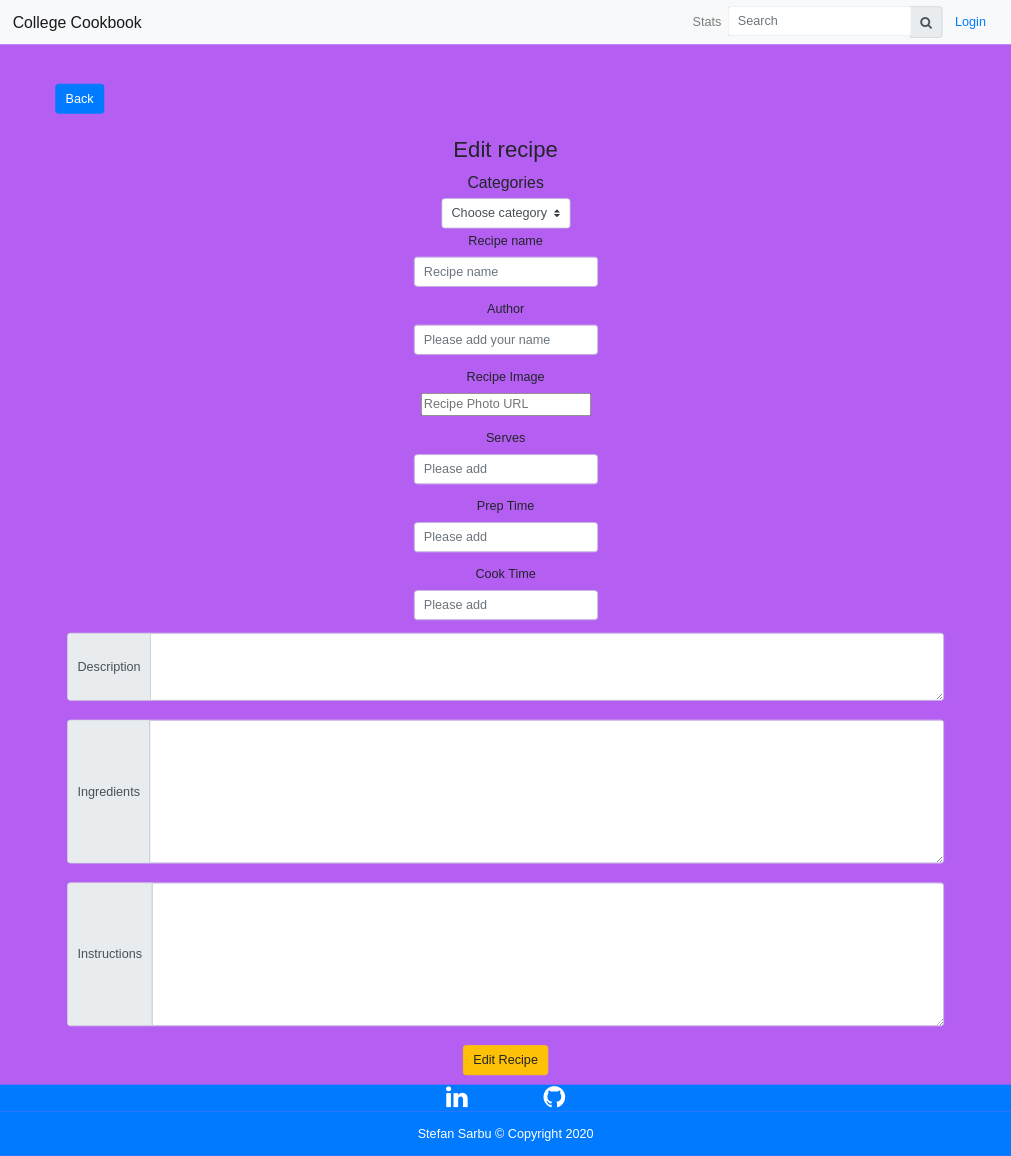
Repository: iiostefanos/college-cookbook
Page: templates/edit_recipe.html
The author's editor kept a record of every edit. The page is drawn from the files as they stood at one moment, then again after the next edit.
The browser window is 1280 px wide. The pictures show the whole page, at 79% of full size.
The page is served by the project's application, run on Flask 3 (app.py). The template is opened directly, without the code that normally fills it, so the values that code supplies are empty.

Above is the page before.

### templates/edit_recipe.html
{% extends 'base.html' %} {% block content %}

<div class="container h-100">
 <div class="row d-flex h-100">
    <div class="align-self-start mr-auto">
 <a class="btn btn-primary" href="{{url_for('get_recipes')}}">Back</a>
    </div>
  </div>
</div>

<main class="container">
<h3 class="text-center">Edit recipe</h3>




<div class="row">
    <form action="/update_recipe/{{recipe._id}}" method="POST" class="col-md-12">

        <!--Category selection-->
        <div class="row justify-content-md-center">
            <div class="form-row align-items-center">
                <div class="col-auto my-1">

                    <h5 class="text-center">Categories</h5>
                    <select id="category" name="category_name" class="custom-select">
                        <option value="" disable selected>Choose category</option>
                        {% for cat in categories %}
                        {% if cat.category_name == recipe.category_name %}
                        <option value="{{cat.category_name}}" selected>{{cat.category_name}}</option>
                        {% else %}
                        <option value="{{cat.category_name}}">{{cat.category_name}}</option>

                        {% endif %}
                        {% endfor %}
                    </select>
                </div>
            </div>
        </div>

        <!--Recipe name field-->
        <div class="container-fluid text-center mx-auto">
            <div class="row justify-content-md-center">
                <div class="form-group">
                    <label for="formGroupExampleInput">Recipe name</label>
                    <input type="text" class="form-control" value="{{recipe.recipe_name}}" id="recipe_name" name="recipe_name" placeholder="Recipe name">
                </div>
            </div>
        </div>

        <!--Author field-->
        <div class="container-fluid text-center mx-auto">
            <div class="row justify-content-md-center">
                <div class="form-group">
                    <label for="formGroupExampleInput2">Author</label>
                    <input type="text" class="form-control" value="{{recipe.Author}}" id="Author" name="Author" placeholder="Please add your name">
                </div>
            </div>
        </div>



        <!--Image field-->
        <div class="container-fluid text-center mx-auto">
            <div class="row justify-content-md-center">
                <div class="form-group">
                    <label for="formGroupExampleInput">Recipe Image</label>
                    <div class="imgurl">
                        <input id="img_src" name="recipe_image" type="text" minlength="15" placeholder="Recipe Photo URL" pattern="https?://.+" autocomplete="off">
                    </div>
                </div>
            </div>
        </div>


        <!-- Serves, Prep time and cook time fields-->
        <div class="container-fluid text-center mx-auto">
            <div class="row justify-content-md-center">
                <div class="form-group">
                    <label for="formGroupExampleInput2">Serves</label>
                    <div>
                    <input type="text" class="form-control" value="{{recipe.Serves}}" id="Serves" name="Serves" placeholder="Please add">
                </div>
            </div>
        </div>
        </div>

        <div class="container-fluid text-center mx-auto">
            <div class="row justify-content-md-center">
                <div class="form-group">
                    <label for="formGroupExampleInput2">Prep Time</label>
                    <input type="text" class="form-control" value="{{recipe.Prep_Time}}" id="Prep_Time" name="Prep_Time" placeholder="Please add">
                </div>
            </div>
        </div>

        <div class="container-fluid text-center mx-auto">
            <div class="row justify-content-md-center">
                <div class="form-group">
                    <label for="formGroupExampleInput2">Cook Time</label>
                    <input type="text" class="form-control" value="{{recipe.Cook_Time}}" id="Cook_Time" name="Cook_Time" placeholder="Please add">
                </div>
            </div>
        </div>


         <!--Recipe description container-->
            <div class="container-fluid text-center mx-auto">
                <div class="row">
                    <div class="input-group">
                        <div class="input-group-prepend">
                            <span class="input-group-text">Description</span>
                        </div>
                        <textarea class="form-control" aria-label="Recipe description" name="recipe_description" rows="3" cols="30">{{recipe.recipe_description}}</textarea>
                    </div>
                </div>
            </div>

        <!--Ingredients container-->
        <div class="container-fluid text-center mx-auto">
            <div class="row justify-content-md-center mt-4">
                <div class="input-group">
                    <div class="input-group-prepend">
                        <span class="input-group-text">Ingredients</span>
                    </div>
                    <textarea class="form-control" aria-label="Ingredients" name="Ingredients" rows="7" cols="30">{{recipe.Ingredients}}</textarea>
                </div>
            </div>
        </div>


        <!--Instructions container-->
        <div class="container-fluid text-center mx-auto">
            <div class="row justify-content-md-center mt-4">
                <div class="input-group">
                    <div class="input-group-prepend">
                        <span class="input-group-text">Instructions</span>
                    </div>
                    <textarea class="form-control" aria-label="Instructions" name="Instructions" rows="7" cols="30">{{recipe.Instructions}}</textarea>
                </div>
            </div>
        </div>


        <!--Submit button-->
        <div class="container-fluid text-center mx-auto">
            <div class="row justify-content-md-center mt-4">
                <div class="col-md-6">
                    <button type="submit" class="btn btn-warning">Edit Recipe</button>
                </div>
            </div>
        </div>
    </form>

</main>

    {% endblock %}

### templates/base.html
<!DOCTYPE html>
<html>
    <head>

        <!-- Bootstrap CSS -->
        <link rel="stylesheet" href="https://stackpath.bootstrapcdn.com/bootstrap/4.4.1/css/bootstrap.min.css" integrity="sha384-Vkoo8x4CGsO3+Hhxv8T/Q5PaXtkKtu6ug5TOeNV6gBiFeWPGFN9MuhOf23Q9Ifjh" crossorigin="anonymous">

        <!-- Custom CSS -->
        <link rel="stylesheet" href="{{url_for('static', filename='css/style.css')}}" type="text/css"/>
        <!-- Font awesome -->
        <link href="https://stackpath.bootstrapcdn.com/font-awesome/4.7.0/css/font-awesome.min.css" rel="stylesheet" integrity="sha384-wvfXpqpZZVQGK6TAh5PVlGOfQNHSoD2xbE+QkPxCAFlNEevoEH3Sl0sibVcOQVnN" crossorigin="anonymous">
        <link rel="shortcut icon" type="image/png" href="{{url_for('static', filename='img/favicon.png')}}" />
    </head>
    <body>

        <header>
            <nav class="navbar navbar-expand-lg navbar-light bg-light">
  <a class="navbar-brand" href="{{url_for('get_recipes')}}">College Cookbook</a>
  <button class="navbar-toggler" type="button" data-toggle="collapse" data-target="#navbarNavAltMarkup" aria-controls="navbarNavAltMarkup" aria-expanded="false" aria-label="Toggle navigation">
    <span class="navbar-toggler-icon"></span>
  </button>
  <div class="collapse navbar-collapse" id="navbarNavAltMarkup">
    <div class="navbar-nav ml-auto">

      <a class="nav-item nav-link" href="{{url_for('stats')}}">Stats</a>
      <div class="input-group">
      <input class="form-control py-2 border-right-0 border" type="search" placeholder="Search">
      <div class="input-group-append">
          <div class="input-group-text" id="btnGroupAddon2"><i class="fa fa-search"></i></div>
      </div>
  </div>
  </div>

      {% if user is defined %}
      {% block navbar %}

{% endblock %}

        <ul class="navbar-nav navbar-center">
               <a class="nav-link" href="{{ url_for('add_recipe') }}">Add a Recipe</a>
               <a class="nav-link" href="{{ url_for('logout') }}">Log Out</a>



        {% else %}

      <a class="nav-item nav-link" data-toggle="modal" data-target="#login" href="{{url_for('get_recipes')}}">Login</a>
      {% endif %}
      </ul>
    </div>
  </div>
</nav>

<br>
</header>



        {% block content %}
        {% endblock %}





<!-- Login Modal -->
<div class="modal fade" id="login" tabindex="-1" role="dialog" aria-labelledby="ModalLabel" aria-hidden="true">
  <div class="modal-dialog" role="document">
    <div class="modal-content">
      <div class="modal-header">
        <h5 class="modal-title" id="ModalLabel">Login to your account</h5>
        <button type="button" class="close" data-dismiss="modal" aria-label="Close">
          <span aria-hidden="true">&times;</span>
        </button>
      </div>
      <div class="modal-body">
        <form role="form" method=POST action="{{ url_for('login') }}">
                      <div class="form-group">
                        <label for="user"><i class="fa fa-user" aria-hidden="true"></i>
Username</label>
                          <input type="user" class="form-control" placeholder="Username" name="username" required value="{{
          request.form.username }}">
                      </div>
                      <div class="form-group">
                        <label for="password"><i class="fa fa-pencil-square-o" aria-hidden="true"></i>
Password</label>
                          <input type="password" class="form-control" placeholder="Password" name="password" required>
                      </div>

                  <br>
            <div>
                Don't have an account? <a data-toggle="modal" data-target="#register" data-dismiss="modal" href=''>Sign up here</a>
            </div>
      </div>
      <div class="modal-footer">
        <button type="button" class="btn btn-secondary" data-dismiss="modal">Close</button>
        <button type="submit" class="btn btn-primary"><i class="fa fa-sign-in" aria-hidden="true"></i>
Login </button>
      </form>
      </div>
    </div>
  </div>
</div>

          <!-- Signup Modal -->
<div class="modal fade" id="register" tabindex="-1" role="dialog" aria-labelledby="ModalLabel" aria-hidden="true">
  <div class="modal-dialog" role="document">
    <div class="modal-content">
      <div class="modal-header">
        <h5 class="modal-title" id="ModalLabel">Signup</h5>
        <button type="button" class="close" data-dismiss="modal" aria-label="Close">
          <span aria-hidden="true">&times;</span>
        </button>
      </div>
      <div class="modal-body">
         <form role="form" method=POST action="{{ url_for('register') }}">
                      <div class="form-group">
                        <label for="user"><i class="fa fa-user" aria-hidden="true"></i>
Username</label>
                          <input type="user" class="form-control" placeholder="Username" name="username" required>
                      </div>
                      <div class="form-group">
                        <label for="password"><i class="fa fa-pencil-square-o" aria-hidden="true"></i>
 Password</label>
                          <input type="password" class="form-control" placeholder="Password" name="password" required>
                      </div>
                      <div class="form-group">
                        <label for="password"><i class="fa fa-pencil-square-o" aria-hidden="true"></i>
Re-type Password</label>
                          <input type="password" class="form-control" placeholder="Re-type Password" name="password1" required>
                      </div>

      </div>
      <div class="modal-footer">
        <button type="button" class="btn btn-secondary" data-dismiss="modal">Close</button>
        <button type="submit" class="btn btn-primary"><i class="fa fa-user-plus" aria-hidden="true"></i>

Signup </button>
       </form>
      </div>
    </div>
  </div>
</div>


<!-- Footer -->
<footer >
<div class="container-fluid">
        <div class="row bg-primary mt-2">
          <div class="col-md-12">
            <div class="d-flex justify-content-center align-items-center">

              <!--Linkedin -->
          <a target="_blank" href="https://www.linkedin.com/">
            <span class="p-5 text-white"><i class="fa fa-linkedin fa-2x" aria-hidden="true"></i></a>
          </span>


          <!--Github-->
          <a target="_blank" href="https://www.github.com/">
            <span class="p-5 text-white"><i class="fa fa-github fa-2x"> </i>
          </a>
          </span>
            </div>
          </div>
        </div>
      </div>


    <div class="container-fluid">
        <div class="row bg-primary">
          <div class="col-md-12">
            <div class="d-flex justify-content-center align-items-center">

              <span class="p-3 text-white"
                >Stefan Sarbu &copy; Copyright 2020</span
              >
            </div>
          </div>
        </div>
      </div>
</footer>
<!-- Footer -->



        <script src="https://code.jquery.com/jquery-3.4.1.slim.min.js" integrity="sha384-J6qa4849blE2+poT4WnyKhv5vZF5SrPo0iEjwBvKU7imGFAV0wwj1yYfoRSJoZ+n" crossorigin="anonymous"></script>
        <script src="https://cdn.jsdelivr.net/npm/popper.js@1.16.0/dist/umd/popper.min.js" integrity="sha384-Q6E9RHvbIyZFJoft+2mJbHaEWldlvI9IOYy5n3zV9zzTtmI3UksdQRVvoxMfooAo" crossorigin="anonymous"></script>
        <script src="https://stackpath.bootstrapcdn.com/bootstrap/4.4.1/js/bootstrap.min.js" integrity="sha384-wfSDF2E50Y2D1uUdj0O3uMBJnjuUD4Ih7YwaYd1iqfktj0Uod8GCExl3Og8ifwB6" crossorigin="anonymous"></script>
        <script src="../static/js/script.js"type="text/javascript"></script>







    </body>
</html>

### app.py
import os
from flask import Flask, render_template, redirect, request, url_for, session, flash
from flask_pymongo import PyMongo
from werkzeug.security import generate_password_hash, check_password_hash
from bson.objectid import ObjectId
from os import path

if path.exists("env.py"):
    import env

app = Flask(__name__)

app.config["MONGO_DBNAME"] = 'college_cookbook'
app.config["MONGO_URI"] = os.environ["MONGO_URI"]
app.config['SECRET_KEY'] = os.urandom(24)
mongo = PyMongo(app)

# Collections

users_collection = mongo.db.users
recipes_collection = mongo.db.recipes

# Login
@app.route('/login', methods=['GET', 'POST'])
def login():
	form = request.form.to_dict()
	user_in_db = users_collection.find_one({'username': form['username']})
	# Check for user in database
	if user_in_db:
		# If passwords match (hashed / real password)
		if check_password_hash(user_in_db['password'], form['password']):
			# Log user in (add to session)
			session['user'] = form['username']
			# If the user is admin redirect him to admin area
			if session['user'] == "user":
				return redirect(url_for('get_recipes'))
			else:
				flash("Logged in successful!")
				return redirect(url_for('get_recipes', user=user_in_db['username']))

		else:
			flash("Wrong password or username!")
			flash("Try login again")
			return redirect(url_for('get_recipes'))
	else:
		flash("You need to signup !")
		return redirect(url_for('get_recipes'))



# Sign up
@app.route('/register', methods=['GET', 'POST'])
def register():
	# Check if user is not logged in already
	if 'user' in session:
		flash('Already sign in!')
		return redirect(url_for('get_recipes'))
	if request.method == 'POST':
		form = request.form.to_dict()
		# Check if the password and password1 actually match
		if form['password'] == form['password1']:
			# If so try to find the user in db
			user = users_collection.find_one({"username" : form['username']})
			print(form)
			if user:
				flash(f"{form['username']} already exists!")
				return redirect(url_for('get_recipes'))
			# If user does not exist register new user
			else:
				# Hash password
				hash_pass = generate_password_hash(form['password'])
				#Create new user with hashed password
				users_collection.insert_one(
					{
						'username': form['username'],
						'password': hash_pass
					}
				)
				# Check if user is actually saved
				user_in_db = users_collection.find_one({"username": form['username']})
				if user_in_db:
					# Log user in (add to session)
					session['user'] = user_in_db['username']
					return redirect(url_for('get_recipes', user=user_in_db['username']))
				else:
					flash("There was a problem saving your profile")
					return redirect(url_for('get_recipes'))

		else:
			flash("Passwords don't match!")
			return redirect(url_for('get_recipes'))

	return render_template("recipes")

# Log out
@app.route('/logout')
def logout():
	# Clear the session
	session.clear()
	flash('You were logged out!')
	return redirect(url_for('get_recipes'))

@app.route('/')
@app.route('/get_recipes')
def get_recipes():
    if 'user' in session:
      return render_template("recipes.html", recipes=mongo.db.recipes.find(), user = session['user'])
    else:
      return render_template("recipes.html", recipes=mongo.db.recipes.find())



@app.route('/stats')
def stats():
    return render_template("stats.html",
    recipes=mongo.db.recipes.find())


@app.route('/add_recipe')
def add_recipe():
    if 'user' in session:
        categories=mongo.db.categories.find()
        flash('Recipe added')
        return render_template('add_recipe.html', categories = categories)
    else:
        return render_template("recipes.html", recipes=mongo.db.recipes.find())

@app.route ('/insert_recipe', methods=['POST'])
def insert_recipe():
    recipes=mongo.db.recipes
    recipes.insert_one(request.form.to_dict())
    return redirect(url_for('get_recipes'))

@app.route('/edit_recipe/<recipe_id>', methods=['POST'])
def edit_recipe(recipe_id):
    if 'user' in session:
        the_recipe = mongo.db.recipes.find_one({"_id": ObjectId(recipe_id)})
        all_categories = mongo.db.categories.find()
        return render_template('edit_recipe.html', recipe=the_recipe, categories=all_categories)
    else:
        return render_template("recipes.html", recipes=mongo.db.recipes.find())

@app.route('/update_recipe/<recipe_id>', methods=['POST'])
def update_recipe(recipe_id):
    recipes=mongo.db.recipes
    recipes.update_one({'_id': ObjectId(recipe_id)},
    { "$set":
       {
        "category_name":request.form.get('category_name'),
        "recipe_name":request.form.get('recipe_name'),
        "recipe_image":request.form.get('recipe_image'),
        "Serves":request.form.get('Serves'),
        "Prep_Time":request.form.get('Prep_Time'),
        "Cook_Time":request.form.get('Cook_Time'),
        "recipe_description":request.form.get('recipe_description'),
        "Author":request.form.get('Author'),
        "Ingredients":request.form.get('Ingredients'),
        "Instructions":request.form.get('Instructions')
        }
     }
    )
    return redirect(url_for('get_recipes'))



@app.route('/delete_recipe/<recipe_id>', methods=['POST'])
def delete_recipe(recipe_id):
    if 'user' in session:
        mongo.db.recipes.remove({'_id': ObjectId(recipe_id)})
        flash('Recipe deleted')
    return redirect(url_for('get_recipes'))

@app.route('/how_to/<recipe_id>')
def how_to(recipe_id):

        the_recipe = mongo.db.recipes.find_one({"_id": ObjectId(recipe_id)})
        all_categories = mongo.db.categories.find()
        return render_template('how_to.html', recipe=the_recipe, categories=all_categories)


if __name__ == '__main__':
    app.run(host=os.environ.get('IP'),
            port=int(os.environ.get('PORT')),
            debug=True)

### static/css/style.css
body {
    background-color: #b45ef2;
    background-repeat: repeat-x;
    font-family: Arial, Helvetica, sans-serif;

    }

.btn-small
{
    height: 24px;
    width: 60px;
    line-height: 24px;
    margin: 5px 5px;
    padding: 0 0.5em;
}

.recipe-header {
    margin-top: 5px;
}

.signup {
  text-align:center;
  margin-top: 4px;
}

.videoframe {
  width:560px;
  height:315px;
  padding-right: 34px;
}

.card {
  padding-right: 3px;
  margin: 0 5px;
}

.card-img-top {
height: 300px;
width: 350px;
}

.invite{
  padding-top: 24px;
}

.charts img {


    width:  400px;
    height: 300px;
    background-size: cover;
}


.container {
  margin-top: 2%;
  padding-bottom: 4px;
}
.inner {
  overflow: hidden;
}

.inner img{
  transition: all 1.5s ease;
}

.inner:hover img {
  transform: scale(1.5);
}

.navbar-nav.navbar-center {
    position: absolute;
    left: 50%;
    transform: translatex(-50%);
}

.user-greeting {
  margin-top: 94px;
}

### static/js/script.js


window.setTimeout(function() {
    $(".alert").fadeTo(500, 0).slideUp(500, function(){
        $(this).remove();
    });
}, 2000);

After the next edit:
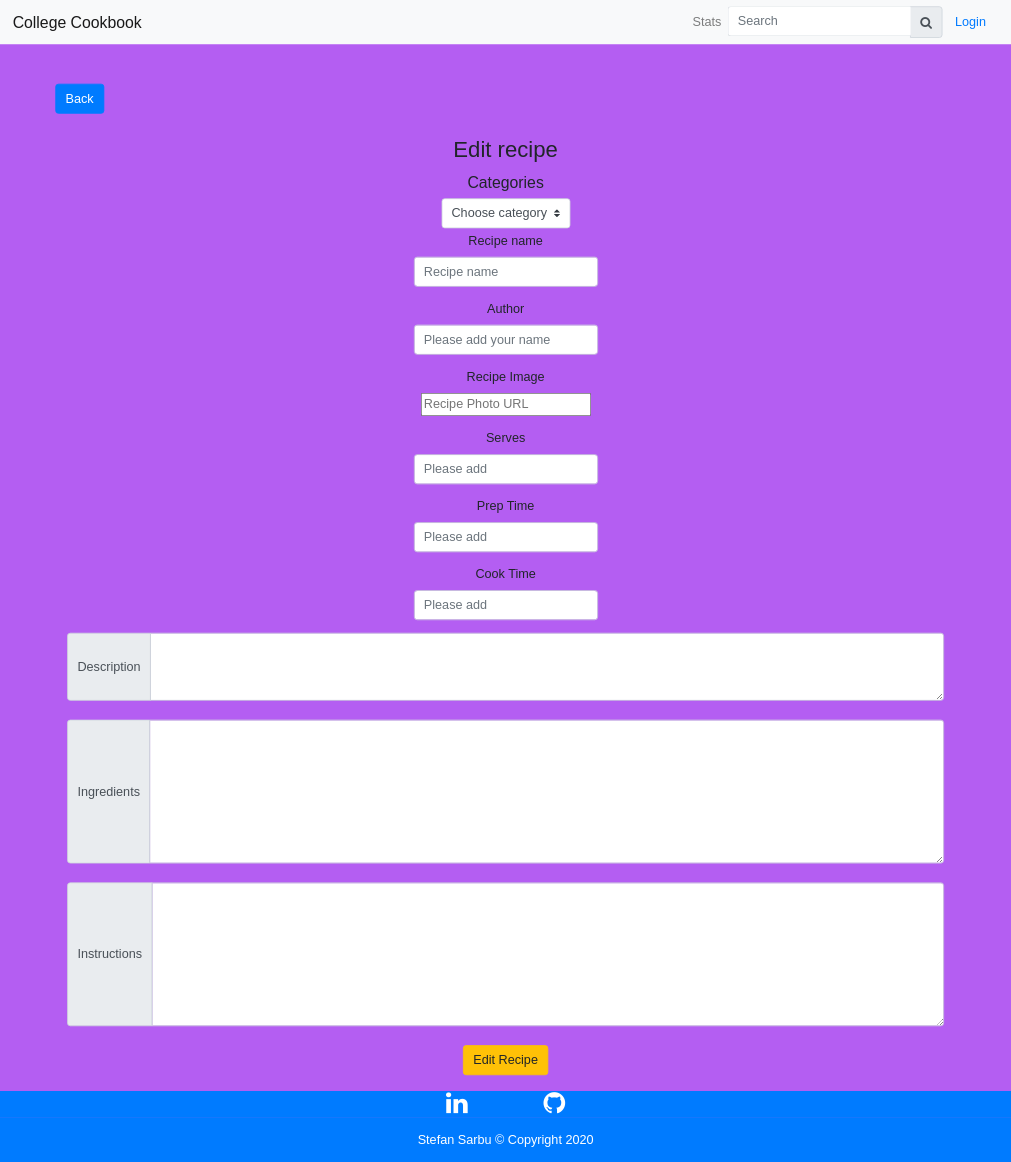
The edit:
--- a/templates/edit_recipe.html
+++ b/templates/edit_recipe.html
@@ -144,7 +144,7 @@
 
         <!--Submit button-->
         <div class="container-fluid text-center mx-auto">
-            <div class="row justify-content-md-center mt-4">
+            <div class="row justify-content-md-center mt-4 mb-2">
                 <div class="col-md-6">
                     <button type="submit" class="btn btn-warning">Edit Recipe</button>
                 </div>
